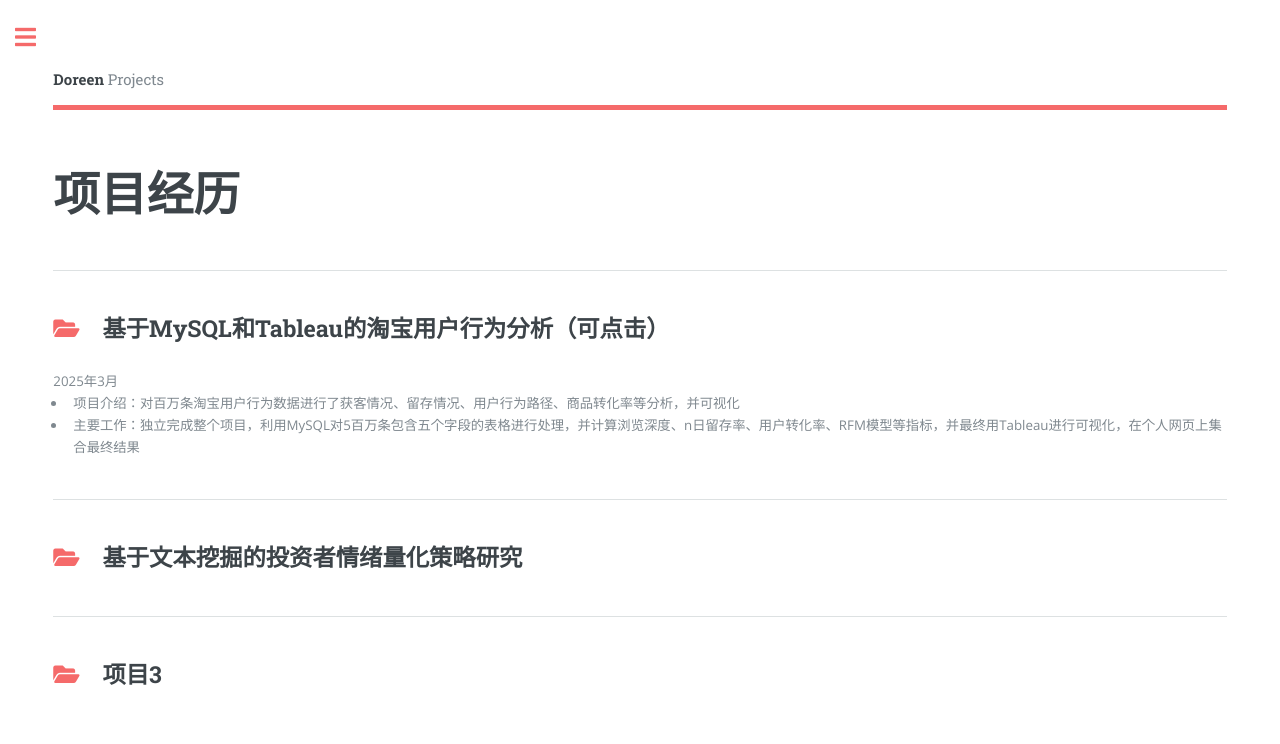
Repository: Hpz3859/Hpz3859.github.io
Page: projects.html
An editor plug-in stored every save of this project. The page is shown before and after the next save, followed by the edit.
The browser window is 1280 px wide. The pictures show the whole page.

Above is the page before, as saved 2025-04-01 15:28:48.

After the next save:
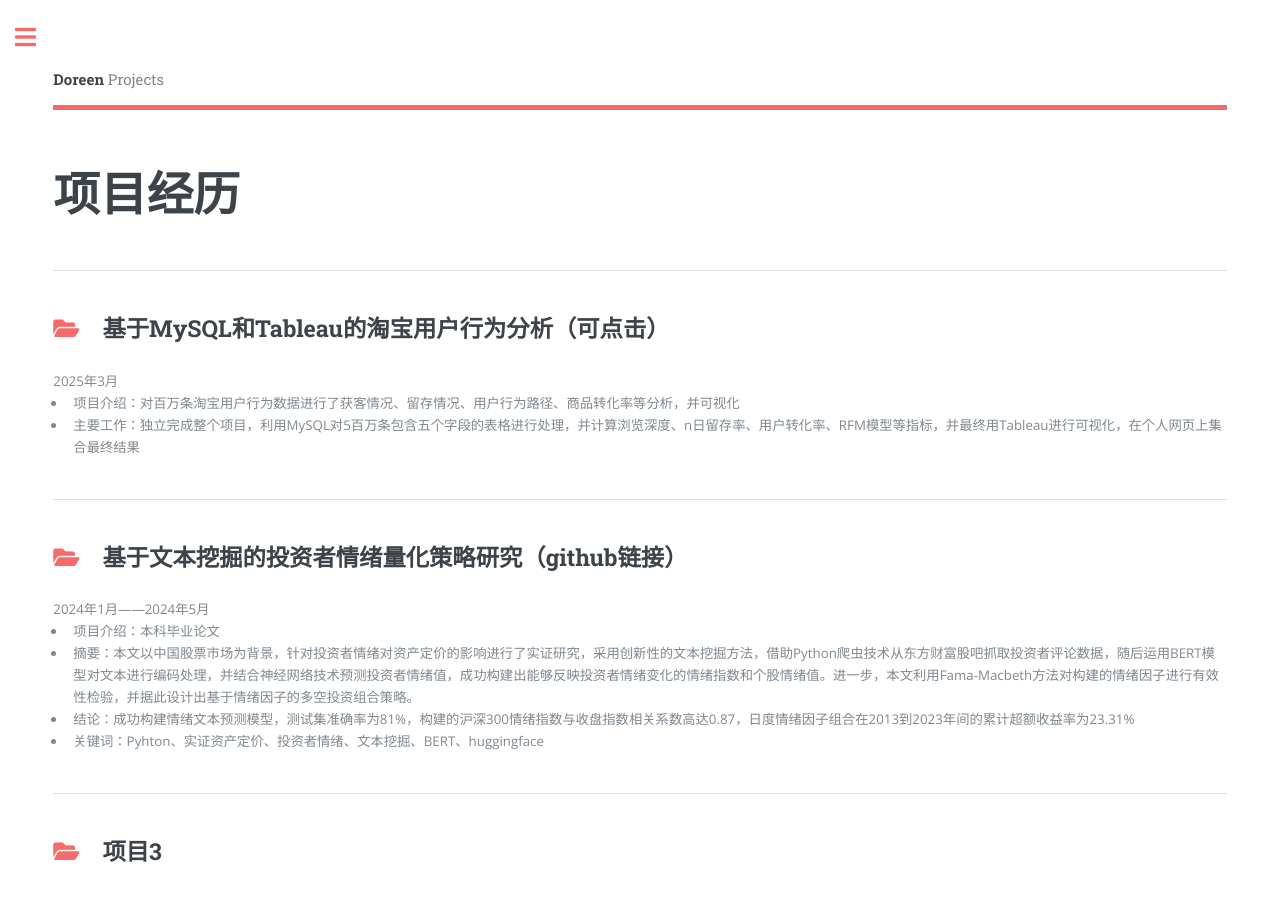
Saved 7 min 0 s later.
--- a/projects.html
+++ b/projects.html
@@ -63,8 +63,15 @@
 										<h2>
 											<span class="icon solid fa-folder-open" style="color: #f56a6a;"></span>
 											&nbsp;&nbsp;
-											<a href="https://github.com/Hpz3859/Undergraduate-Thesis" class="logo">基于文本挖掘的投资者情绪量化策略研究</a>
+											<a href="https://github.com/Hpz3859/Undergraduate-Thesis" class="logo">基于文本挖掘的投资者情绪量化策略研究（github链接）</a>
 										</h2>
+										2024年1月——2024年5月
+										<ul>
+											<li>项目介绍：本科毕业论文</li>
+											<li>摘要：本文以中国股票市场为背景，针对投资者情绪对资产定价的影响进行了实证研究，采用创新性的文本挖掘方法，借助Python爬虫技术从东方财富股吧抓取投资者评论数据，随后运用BERT模型对文本进行编码处理，并结合神经网络技术预测投资者情绪值，成功构建出能够反映投资者情绪变化的情绪指数和个股情绪值。进一步，本文利用Fama-Macbeth方法对构建的情绪因子进行有效性检验，并据此设计出基于情绪因子的多空投资组合策略。</li>
+											<li>结论：成功构建情绪文本预测模型，测试集准确率为81%，构建的沪深300情绪指数与收盘指数相关系数高达0.87，日度情绪因子组合在2013到2023年间的累计超额收益率为23.31%</li>
+											<li>关键词：Pyhton、实证资产定价、投资者情绪、文本挖掘、BERT、huggingface</li>
+										</ul>
 									</div>
 
 									<hr class="major" />
